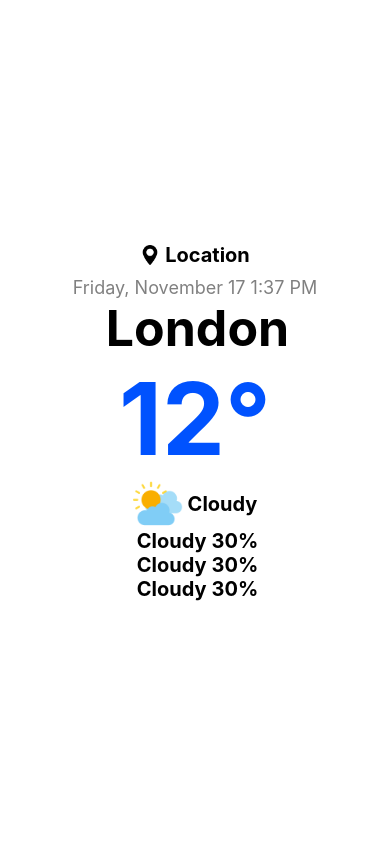
Repository: praveen080/react-native-weatherAppV1
Screen: /
These files come from the project's save history. The screen is drawn as it stood at one moment and after the next save; the edit follows.
The app was drawn by React Native's web renderer in a window 390 px wide. The project was rebuilt for these pictures with package versions that can differ from the ones it lists, and the page was loaded fresh each time. Also part of the build but not shown: Screens/startUp.js.

Above is the screen before, as saved 2023-11-17 13:48:03.

After the next save:
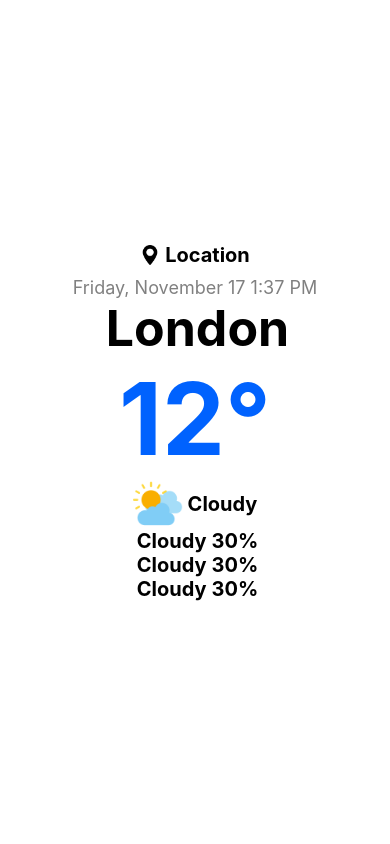
Saved 8 s later.
--- a/Screens/Home.js
+++ b/Screens/Home.js
@@ -103,7 +103,7 @@ export const styles = StyleSheet.create({
     fontSize: 100,
     // marginRight: 10,
     fontWeight: "bold",
-    color: "#0052FE",
+    color: "#0062FE",
   },
   logo: {
     width: 100,
